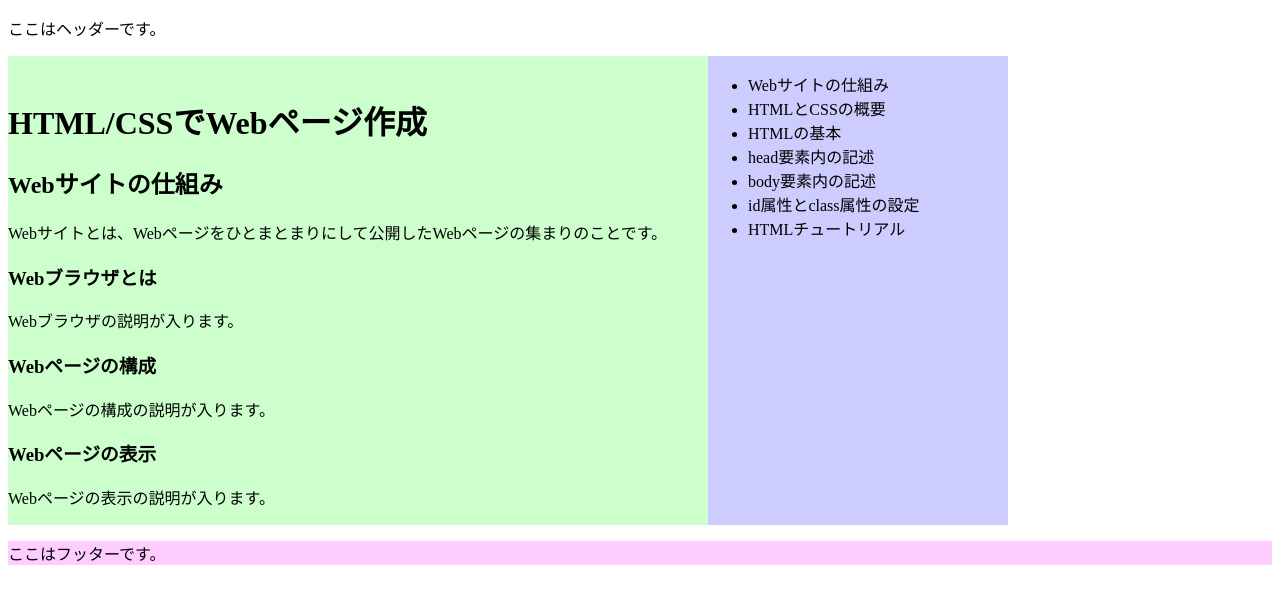
Repository: kaito-genkai/porker
Page: kadai-html.html
The author's editor kept a record of every edit. The page is drawn from the files as they stood at one moment, then again after the next edit.
The browser window is 1280 px wide. The pictures show the whole page.

Above is the page before.

After the next edit:
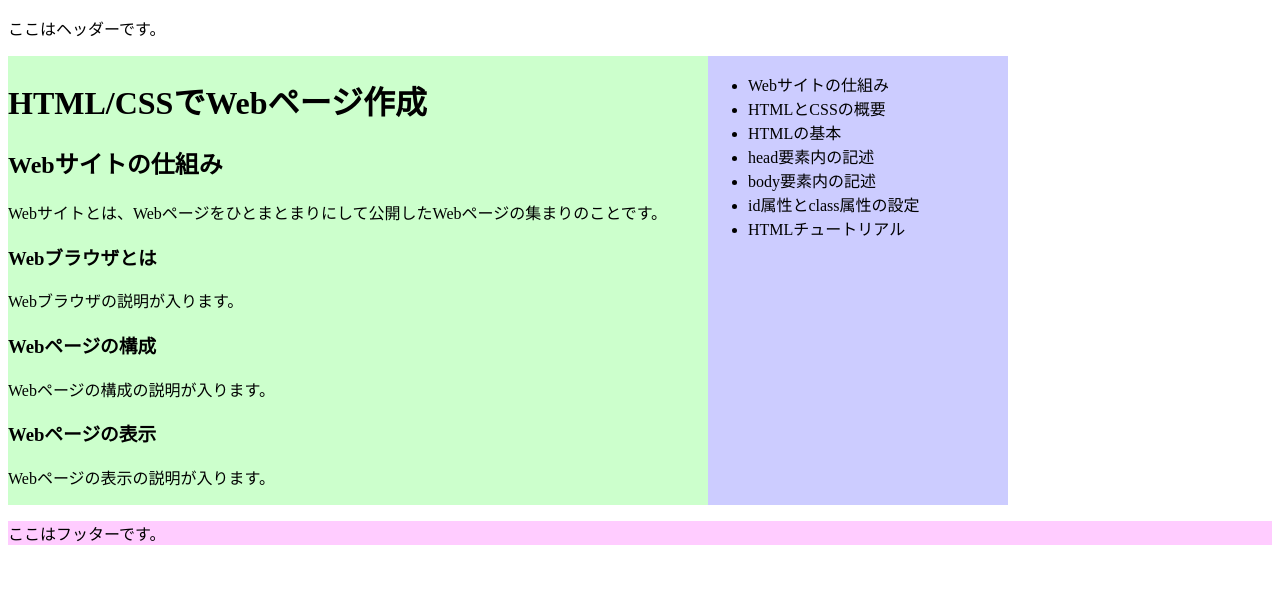
The edit:
--- a/kadai-css.css
+++ b/kadai-css.css
@@ -8,7 +8,6 @@
 #main {
     background-color: #ccffcc;
     width: 700px;
-    padding-top: 20px;
 }
 
 #menu {
